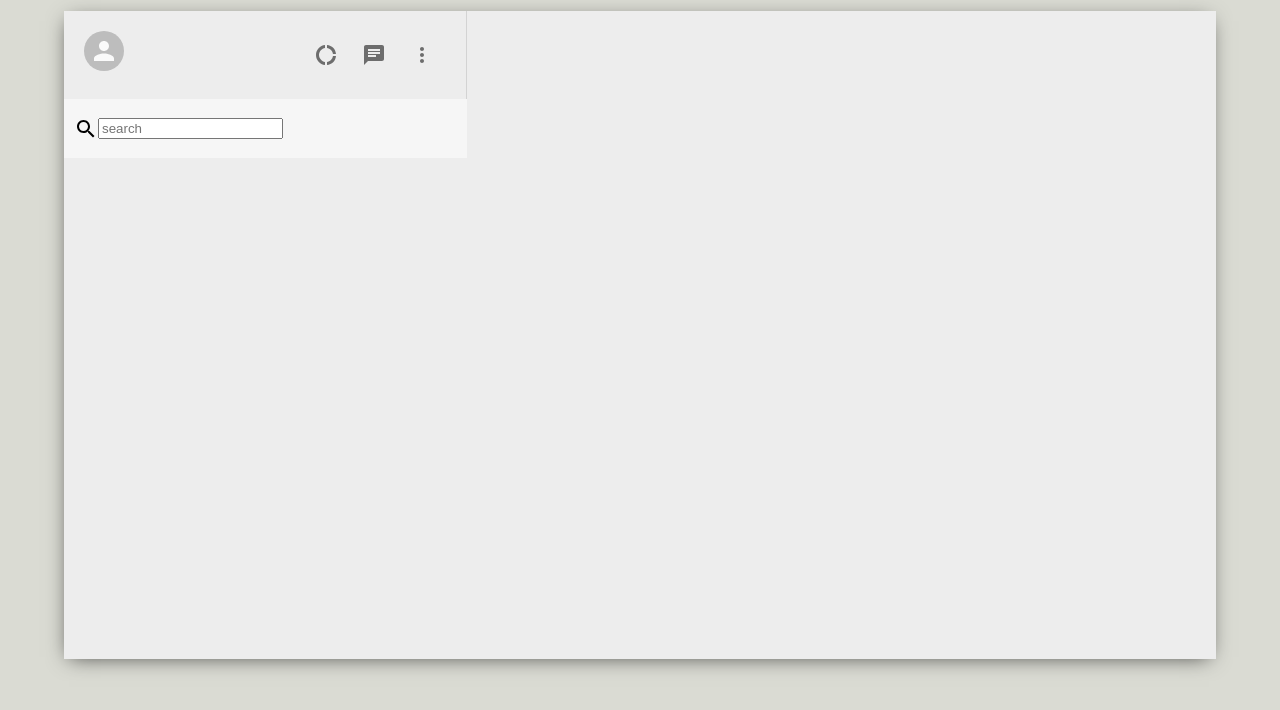
Repository: om1ars/functinal-chat
Page: /
The author's editor kept a copy of each file at every save. The page is drawn from the files as they stood at one save, then again after the next save.
The browser window is 1280 px wide. The pictures show the whole page.
The project was rebuilt for these pictures with package versions that can differ from the ones it lists, and the page was loaded fresh each time.

Above is the page before, as saved 2021-11-22 13:05:10.

### src/App.js
import "./App.css";
import Sidebar from "./components/Sidebar";

function App() {
  return (
    <div className="app">
      <div className="app__body">
        <Sidebar />
      </div>
    </div>
  );
}

export default App;

### src/App.css
.app {
  background-color: #dadbd3;
  height: 100vh;
  display: grid;
  place-items: center;
}
.app__body {
  display: flex;
  width: 90vw;
  background-color: #ededed;
  margin-top: -50px;
  box-shadow: -1px 4px 20px -6px rgba(0, 0, 0, 0.7);
  height: 90vh;
}

### src/components/Sidebar.js
import React from "react";
import "./Sisdebar.css";
import { Avatar, IconButton } from "@material-ui/core";
import { DonutLarge, Chat, MoreVert, SearchOutlined } from "@material-ui/icons";
function Sidebar() {
  return (
    <div className="sidebar">
      <div className="sidebar__header">
        <Avatar />
        <div className="sidebar__headerRight">
          <IconButton>
            <DonutLarge />
          </IconButton>
          <IconButton>
            <Chat />
          </IconButton>
          <IconButton>
            <MoreVert />
          </IconButton>
        </div>
      </div>
      <div className="sidebar__search">
        <div className="sidebar__searchContainer">
          <SearchOutlined />
        </div>
        <input placeholder="search" type="text" />
      </div>
      <div className="sidebar__chats"></div>
    </div>
  );
}

export default Sidebar;

### src/components/Sisdebar.css
.sidebar__header {
  display: flex;
  justify-content: space-between;
  padding: 20px;
  border-right: 1px solid lightgray;
}
.sidebar {
  flex: 0.35;
  display: flex;
  flex-direction: column;
}
.sidebar__headerRight {
  display: flex;
  align-items: center;
  justify-content: space-between;
  min-width: 10vw;
}

.sidebar__headerRight > .MuiSvgIcon-root {
    margin-right: 2vw;
    font-size: 24px !important;
}
.sidebar__search {
    display: flex;
    align-items: center;
    background-color: #f6f6f6;
    height: 39px;
    padding: 10px;
}
.sidebar__searchContainer {
    display: flex;
    align-items: center;
}

Loaded but not shown: public/index.html (common file); src/index.js (common file); src/index.css (common file)

After the next save:
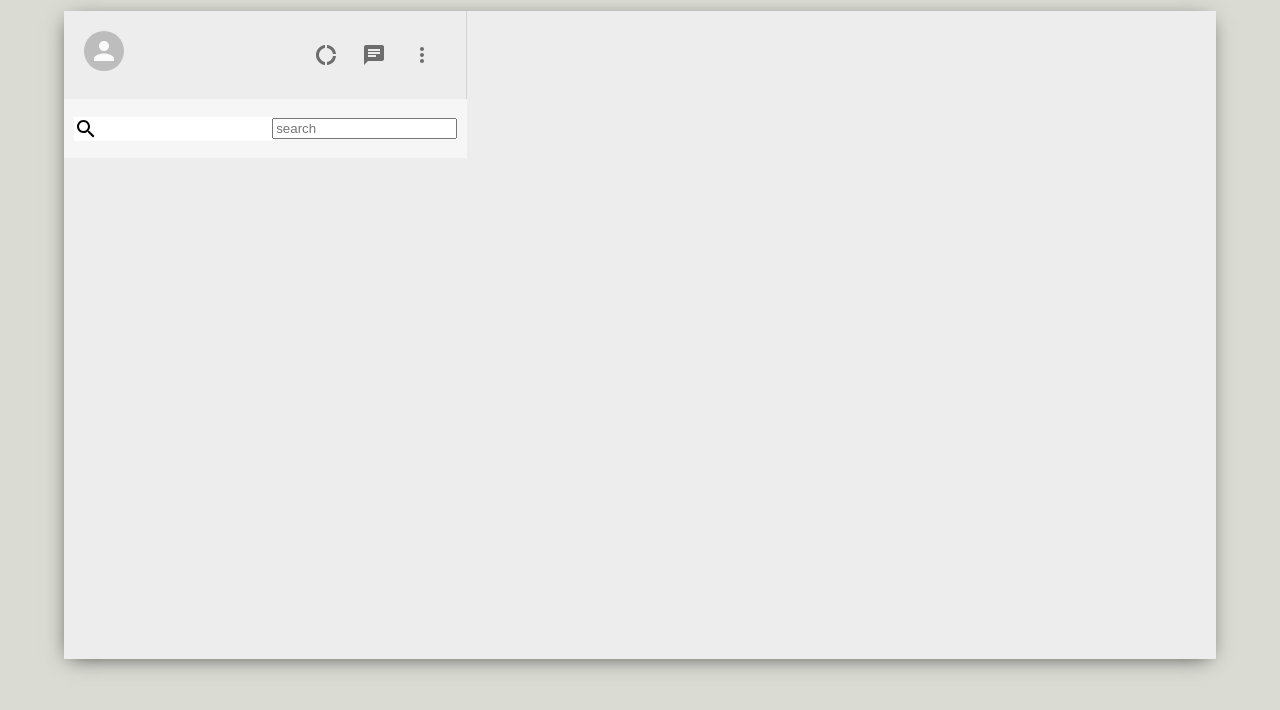
Saved 6 s later.
--- a/src/components/Sisdebar.css
+++ b/src/components/Sisdebar.css
@@ -30,4 +30,6 @@
 .sidebar__searchContainer {
     display: flex;
     align-items: center;
+    background-color: white;
+    width: 100%;
 }
